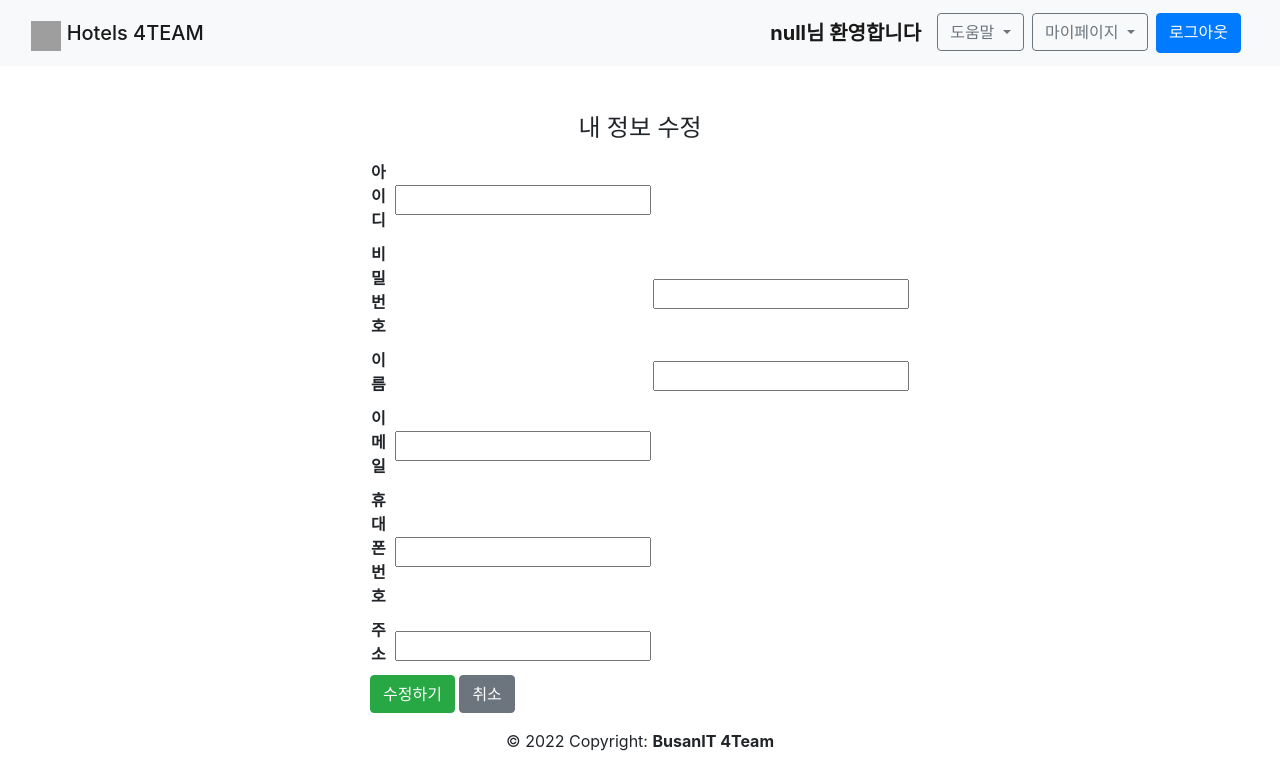
Repository: ShinKioh/Hotel_project
Page: http://localhost/HOTEL/editUser.jsp
The author's editor kept a copy of each file at every save. The page is drawn from the files as they stood at one save, then again after the next save.
The browser window is 1280 px wide. The pictures show the whole page.
Pictures or frames that could not be fetched are drawn as grey boxes. The page is served by Tomcat 9.

Above is the page before, as saved 2022-02-23 03:00:14.

After the next save:
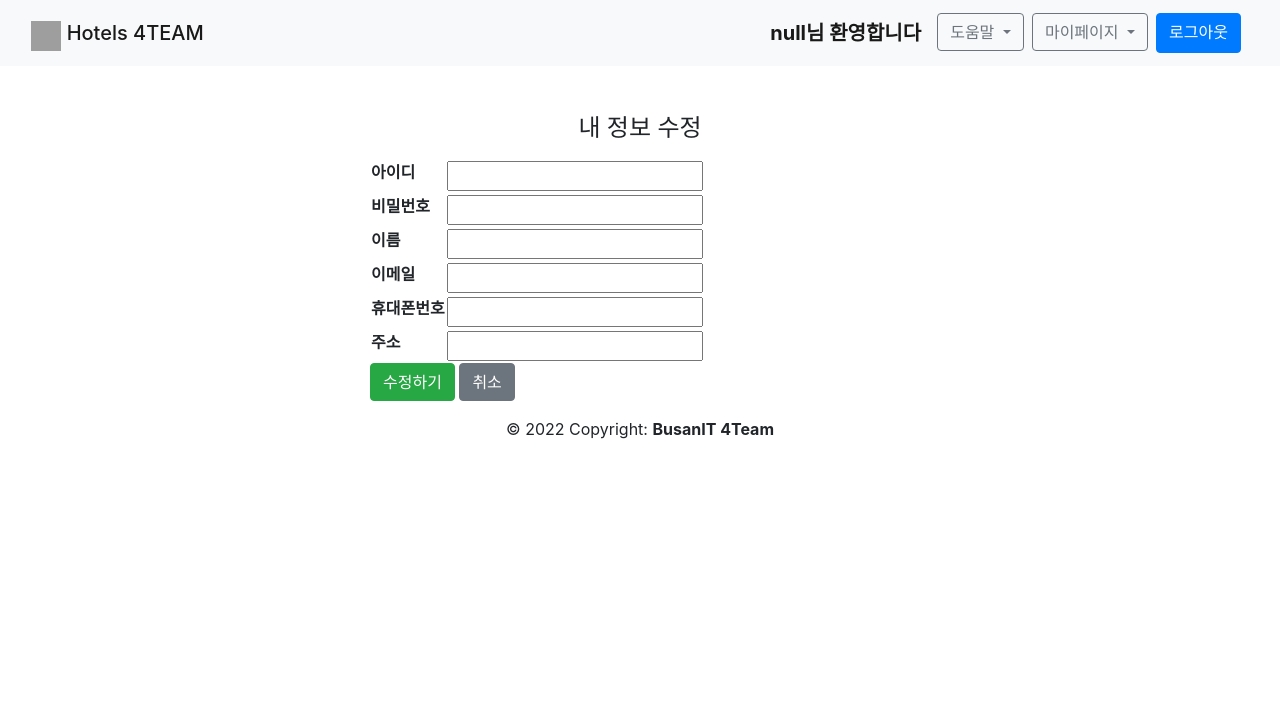
Saved 32 s later.
--- a/HOTEL/WebContent/editUser.jsp
+++ b/HOTEL/WebContent/editUser.jsp
@@ -69,13 +69,13 @@
 									</tr>
 									<tr>
 										<th><label for="password">비밀번호</label>
-										<th>
+										</th>
 										<td><input type="text" name="password" id="password"
 											required value="${user.password}"></td>
 									</tr>
 									<tr>
 										<th><label for="name">이름</label>
-										<th>
+										</th>
 										<td><input type="text" name="name" id="name" required
 											value="${user.name}"></td>
 									</tr>
